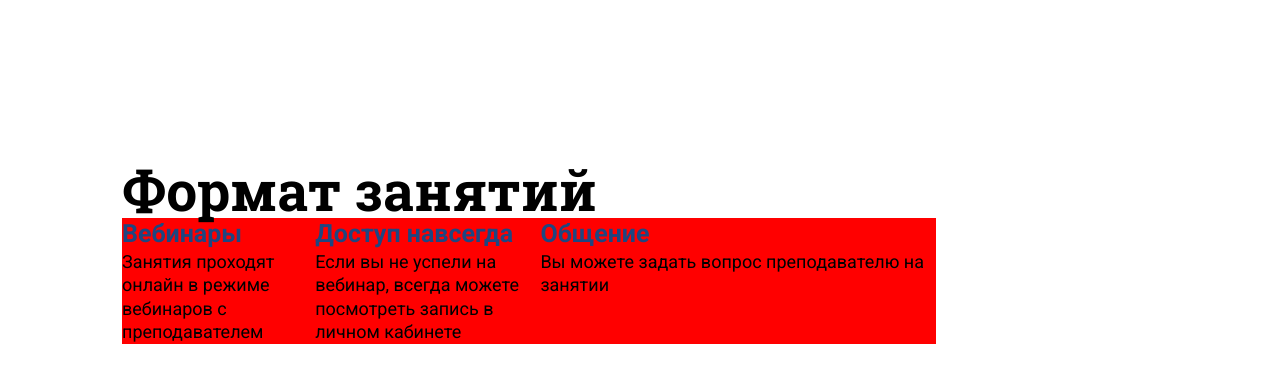
Repository: mirali879/previous-proj
Page: index.html
These files come from the project's save history. The page is drawn as it stood at one moment and after a run of saves; the edit follows.
The browser window is 1280 px wide. The pictures show the whole page.

Above is the page before, as saved 2023-05-06 19:18:53.

After the next 2 saves:
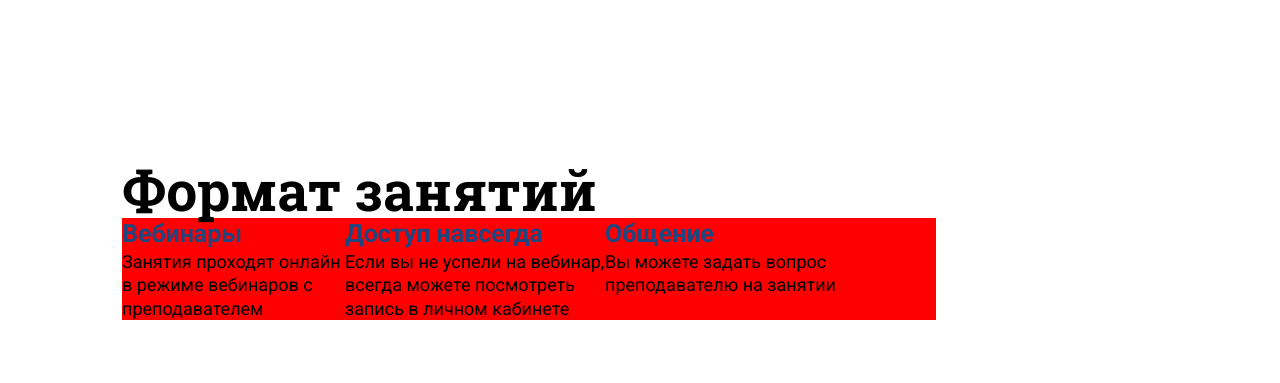
The 2 saves are shown as one change because they came seconds apart.
The last was saved 23 s later.
--- a/style.css
+++ b/style.css
@@ -104,6 +104,9 @@ width: 223px;
 li:nth-child(2) {
   width: 260px;
   }
+  li:nth-child(3) {
+    width: 260px;
+    }
 .page-1 ul li h3{
   font-family: 'Roboto';
   font-style: normal;
